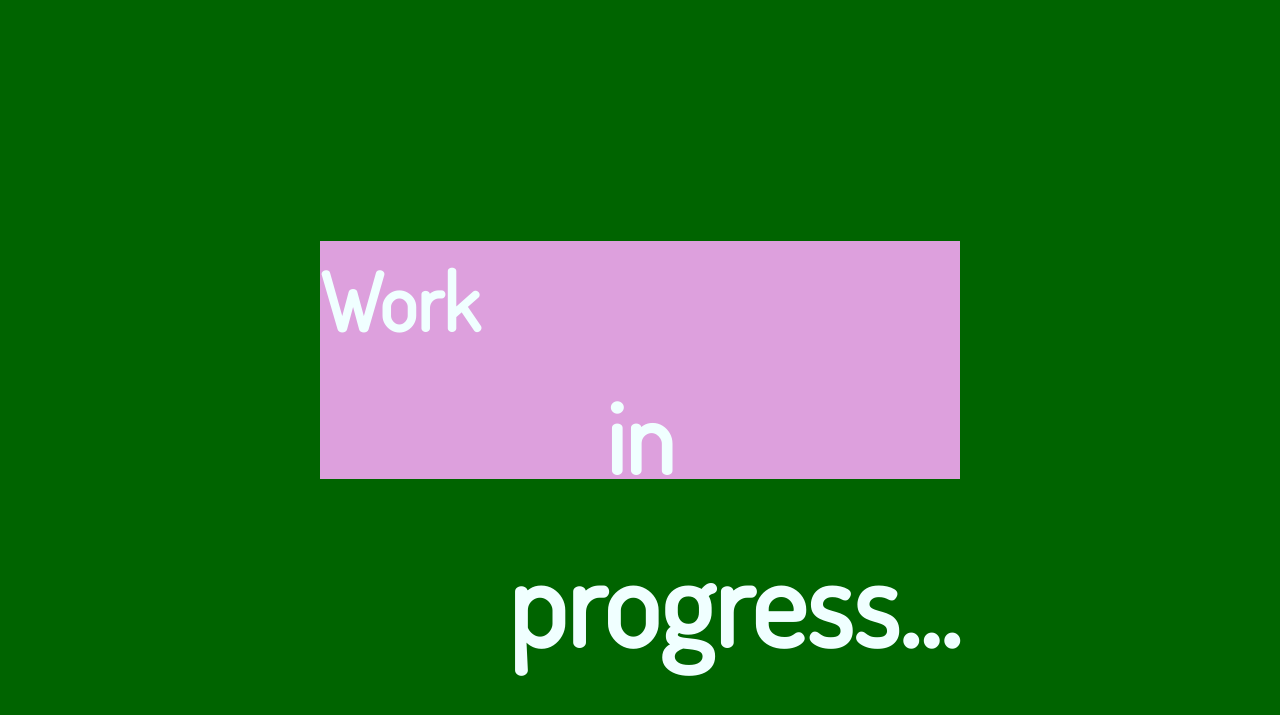
Repository: NollieChtn6/NollieChtn6.github.io
Page: index.html
An editor plug-in stored every save of this project. The page is shown before and after the next save, followed by the edit.
The browser window is 1280 px wide. The pictures show the whole page.

Above is the page before, as saved 2023-11-10 18:20:07.

### index.html

<!DOCTYPE html>

<html lang="fr">

<head>
  <meta charset="utf-8">
  <meta name="viewport" content="width=device-width">
  <link href="css/reset.css" rel="stylesheet">
  <link href="css/style.css" rel="stylesheet">
  <link
    href="https://fonts.googleapis.com/css2?family=Dosis&display=swap"
    rel="stylesheet">
  <title>Portfolio</title>
</head>

<body>

  <main class="main__container">

    <div class="main__content">

      <h1 class="main__title">
        <span class="main__title main__title--level-1">
          Work
        </span>
        <span class="main__title main__title--level-2">
          in
        </span>
        <span class="main__title main__title--level-3">
          progress...
        </span>
      </h1>

    </div>

  </main>

</body>

</html>

### css/style.css
/* VARIABLES */

/* :root {

} */


/* GÉNÉRAL */

* {
  box-sizing: border-box;
}

html {
  font-size: 62.5%;
}

body {
  display: flex;
  flex-direction: column;
  height: 100vh;
  min-height: 100vh;
}

h1 {
  font-family: 'Dosis', sans-serif;
}


/* MAIN  */

.main__container {
  display: flex;
  flex-direction: column;
  background-color: antiquewhite;
  height: 100vh;
  width: 100vw;
}

.main__content {
  display: flex;
  flex-direction: column;
  background-color:darkgreen;
  height: 100vh;
  width: 100vw;
  margin-top: auto;
  /* padding: 5rem 0rem 0rem 8rem; */
  /* justify-content: center; */
  /* align-items: center; */
  /* padding-top: 8rem;
  padding-left: 4rem;; */

}

h1 {
  display: flex;
  flex-direction: column;
  width: 50vw;
  height: 33vh;
  margin: auto;
  font-size: 8rem;
  background-color: plum;
  color: azure;
  justify-content: space-between;
}

.main__title--level-1 {
  align-self: start;

}

.main__title--level-2 {
  align-self: center;
  font-size: 10rem;
}

.main__title--level-3 {
  align-self: end;
  font-size: 12rem;
}

Loaded but not shown: css/reset.css (common file)

After the next save:
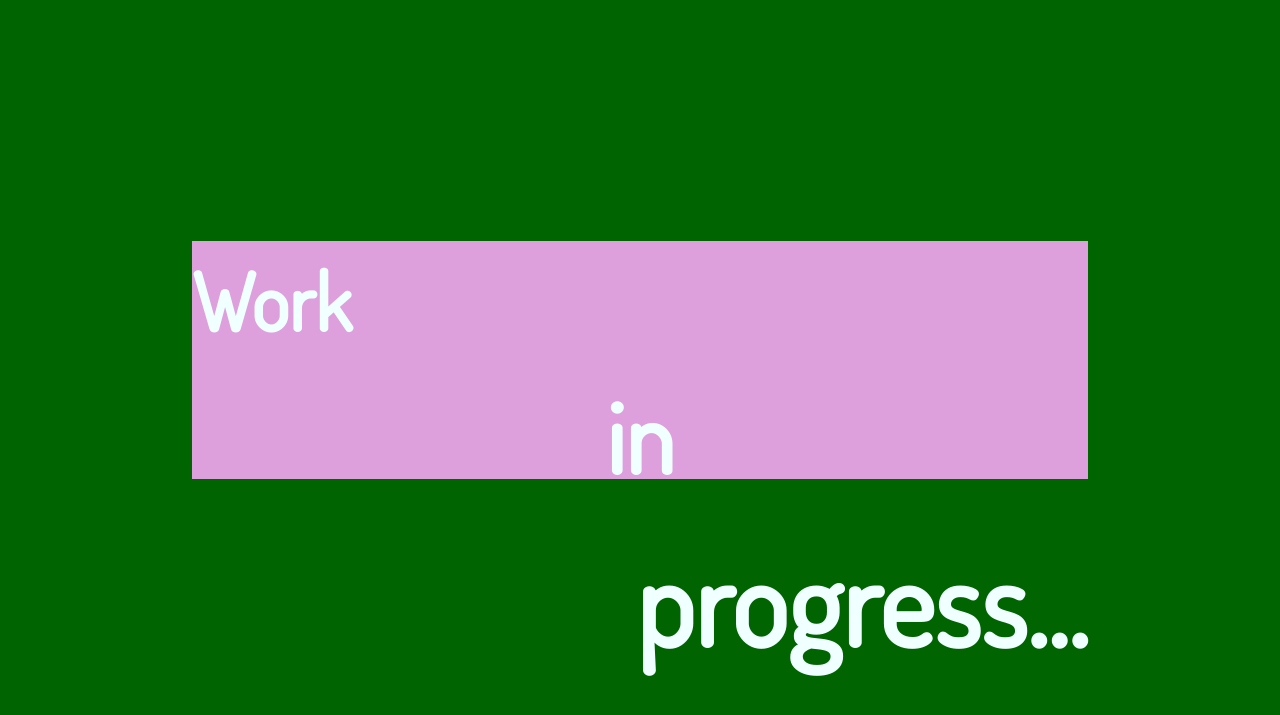
Saved 6 s later.
--- a/css/style.css
+++ b/css/style.css
@@ -55,7 +55,7 @@ h1 {
 h1 {
   display: flex;
   flex-direction: column;
-  width: 50vw;
+  width: 70vw;
   height: 33vh;
   margin: auto;
   font-size: 8rem;
